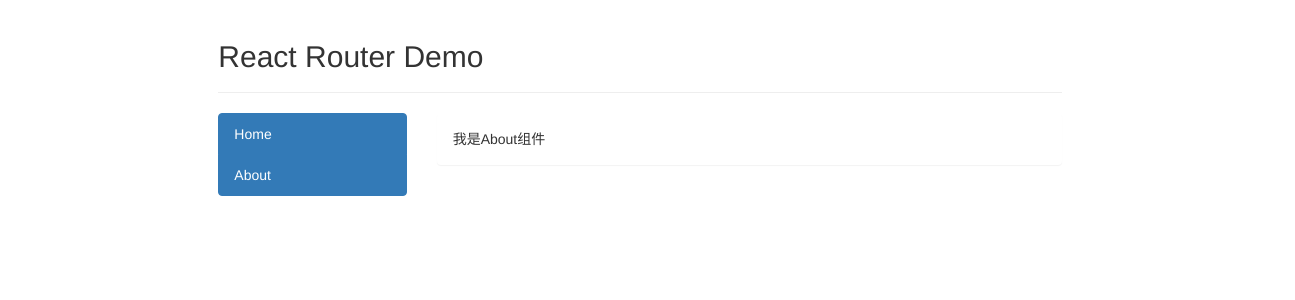
Repository: JinYiGao/ReactLearning
Page: / (app in 14.React脚手架/react_router6/)
The author's editor kept a copy of each file at every save. The page is drawn from the files as they stood at one save, then again after the next save.
The browser window is 1280 px wide. The page is 1295 px wide, so the pictures cover 1295 px, including what lies to the right of the window. The pictures show the whole page.
The project was rebuilt for these pictures with package versions that can differ from the ones it lists, and the page was loaded fresh each time. Also part of the build but not shown: 14.React脚手架/react_router6/src/pages/Home.jsx.

Above is the page before, as saved 2022-04-13 21:18:12.

After the next save:
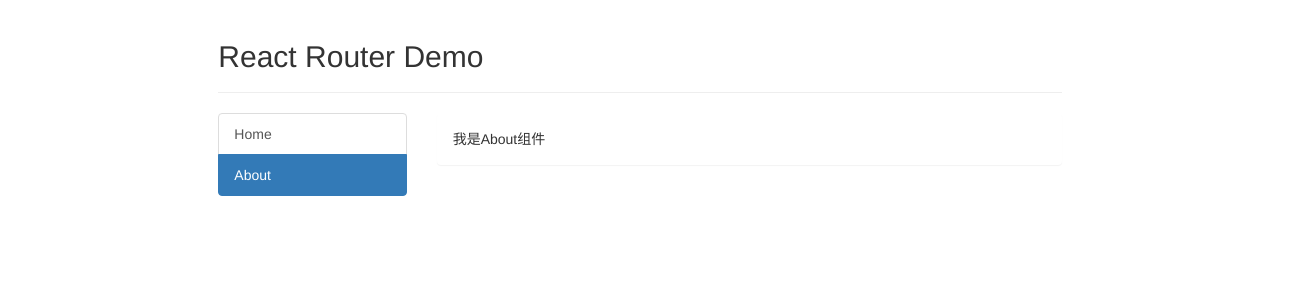
Saved 4 s later.
--- a/14.React脚手架/react_router6/src/App.js
+++ b/14.React脚手架/react_router6/src/App.js
@@ -23,7 +23,7 @@
       <div className="row">
         <div className="col-xs-2 col-xs-offset-2">
           <div className="list-group">
-            <NavLink className={(isActive)=>{ return isActive ? 'list-group-item active' :'list-group-item' }} to="/home">Home</NavLink>
+            <NavLink className={(isActive)=>{ return isActive ? 'list-group-item' :'list-group-item' }} to="/home">Home</NavLink>
             <NavLink className="list-group-item" to="/about">About</NavLink>
           </div>
         </div>

After the 2 saves that followed:
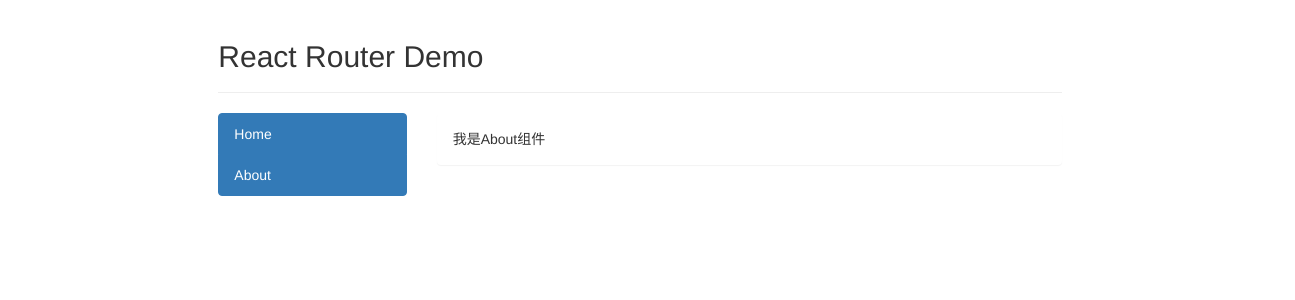
The 2 saves are shown as one change because 1 left the picture as it was.
The last was saved 17 s later.
--- a/14.React脚手架/react_router6/src/App.js
+++ b/14.React脚手架/react_router6/src/App.js
@@ -23,7 +23,7 @@
       <div className="row">
         <div className="col-xs-2 col-xs-offset-2">
           <div className="list-group">
-            <NavLink className={(isActive)=>{ return isActive ? 'list-group-item' :'list-group-item' }} to="/home">Home</NavLink>
+            <NavLink className={(isActive)=>{ return isActive ? 'list-group-item active' :'list-group-item' }} to="/home">Home</NavLink>
             <NavLink className="list-group-item" to="/about">About</NavLink>
           </div>
         </div>
